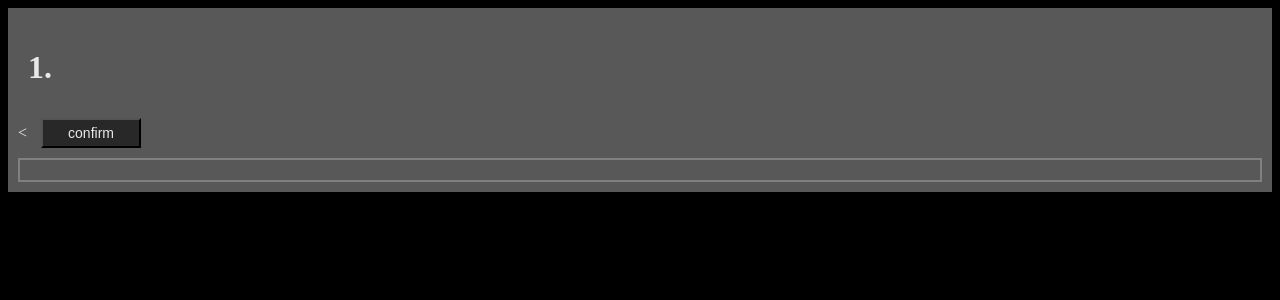
Repository: prawniel99/05_JQuery
Page: workspace/jqpro/WebContent/비동기4_XMLR_promise/postTest.html
These files come from the project's save history. The page is drawn as it stood at one moment and after the next save; the edit follows.
The browser window is 1280 px wide. The pictures show the whole page.

Above is the page before, as saved 2024-08-23 01:16:15.

After the next save:
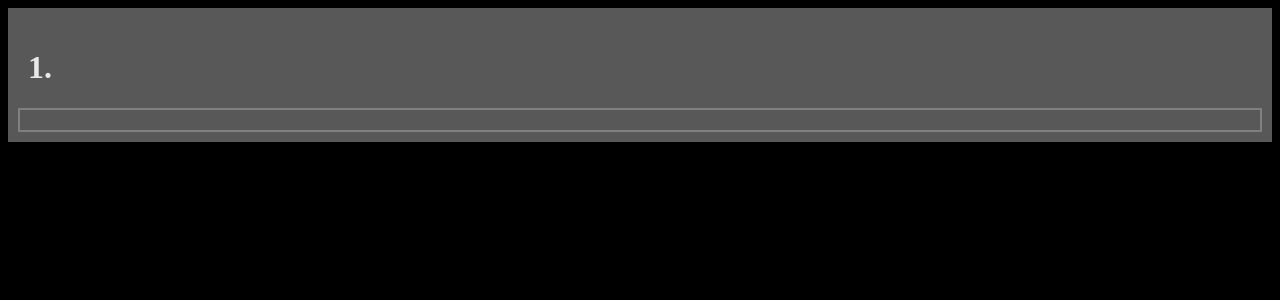
Saved 2 s later.
--- a/workspace/jqpro/WebContent/비동기4_XMLR_promise/postTest.html
+++ b/workspace/jqpro/WebContent/비동기4_XMLR_promise/postTest.html
@@ -12,7 +12,7 @@
         	1.
         </h1>
 
-        <
+        <form
 
         <input type="button" value="confirm" onclick="proc1()">
         <div id="result1"></div>
